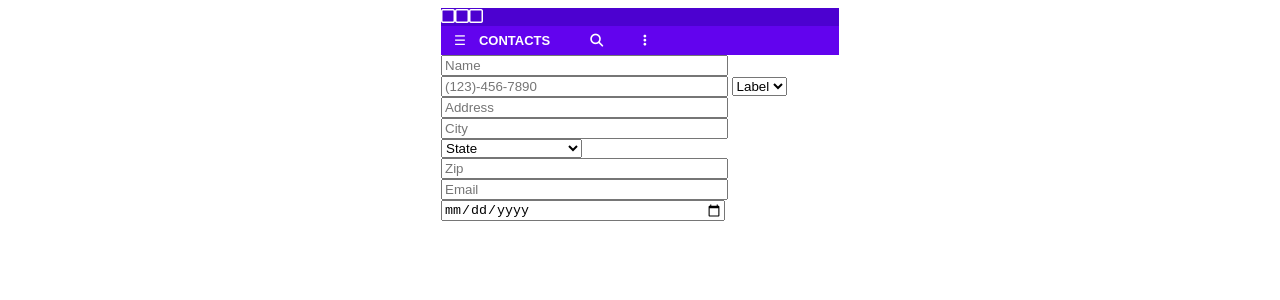
Repository: Sc-Juju/Mobile-Form
Page: index.html
An editor plug-in stored every save of this project. The page is shown before and after the next save, followed by the edit.
The browser window is 1280 px wide. The pictures show the whole page.
Some web libraries are served in a nearby version.

Above is the page before, as saved 2022-10-27 17:22:16.

### index.html
<!DOCTYPE html>
<html>
	<head>
		<meta charset="utf-8" />
		<meta http-equiv="X-UA-Compatible" content="IE=edge" />
		<title>Mobile Form</title>
		<meta name="description" content="" />
		<meta name="viewport" content="width=device-width, initial-scale=1" />
		<link rel="stylesheet" href="./style.css" />
		<script
			src="https://kit.fontawesome.com/020fb16134.js"
			crossorigin="anonymous"
		></script>
	</head>
	<body>
		<header>
			<div class="container">
				<ul class="navbar nav-top">
					<li class="nav-link">
						<i class="fa-regular fa-square"></i>
					</li>
					<li class="nav-link">
						<i class="fa-regular fa-square"></i>
					</li>
					<li class="nav-link">
						<i class="fa-regular fa-square"></i>
					</li>
				</ul>
			</div>
			<div class="nav">
				<ul class="navbar nav-bottom">
					<li class="nav-link">
						<button class="btn">&#9776;</button>
					</li>
					<li class="nav-link">
						<a href="#">Contacts</a>
					</li>
					<li class="nav-link">
						<a href="#">
							<i class="fa-solid fa-magnifying-glass"></i>
						</a>
					</li>
					<li class="nav-link">
						<a href="#">
							<i class="fa-solid fa-ellipsis-vertical"></i>
						</a>
					</li>
				</ul>
			</div>
		</header>
		<form action="">
			<label for="name"></label>
			<input type="text" id="name" name="name" placeholder="Name" /><br />
			<label for="phone"></label>
			<input
				type="tel"
				name="phone"
				id="phone"
				placeholder="(123)-456-7890"
			/>
			<label for="Label"></label>
			<select name="Label" id="Label">
				<option value="" disabled selected hidden>Label</option>
			</select>
			<br />
			<label for="address"></label>
			<input
				type="text"
				placeholder="Address"
				id="address"
				name="address"
			/>
			<br />
			<input type="text" id="city" name="city" placeholder="City" />
			<br />
			<select name="state" id="state">
				<option value="" disabled selected hidden>State</option>
				<option value="AL">Alabama</option>
				<option value="AK">Alaska</option>
				<option value="AZ">Arizona</option>
				<option value="AR">Arkansas</option>
				<option value="CA">California</option>
				<option value="CO">Colorado</option>
				<option value="CT">Connecticut</option>
				<option value="DE">Delaware</option>
				<option value="DC">District Of Columbia</option>
				<option value="FL">Florida</option>
				<option value="GA">Georgia</option>
				<option value="HI">Hawaii</option>
				<option value="ID">Idaho</option>
				<option value="IL">Illinois</option>
				<option value="IN">Indiana</option>
				<option value="IA">Iowa</option>
				<option value="KS">Kansas</option>
				<option value="KY">Kentucky</option>
				<option value="LA">Louisiana</option>
				<option value="ME">Maine</option>
				<option value="MD">Maryland</option>
				<option value="MA">Massachusetts</option>
				<option value="MI">Michigan</option>
				<option value="MN">Minnesota</option>
				<option value="MS">Mississippi</option>
				<option value="MO">Missouri</option>
				<option value="MT">Montana</option>
				<option value="NE">Nebraska</option>
				<option value="NV">Nevada</option>
				<option value="NH">New Hampshire</option>
				<option value="NJ">New Jersey</option>
				<option value="NM">New Mexico</option>
				<option value="NY">New York</option>
				<option value="NC">North Carolina</option>
				<option value="ND">North Dakota</option>
				<option value="OH">Ohio</option>
				<option value="OK">Oklahoma</option>
				<option value="OR">Oregon</option>
				<option value="PA">Pennsylvania</option>
				<option value="RI">Rhode Island</option>
				<option value="SC">South Carolina</option>
				<option value="SD">South Dakota</option>
				<option value="TN">Tennessee</option>
				<option value="TX">Texas</option>
				<option value="UT">Utah</option>
				<option value="VT">Vermont</option>
				<option value="VA">Virginia</option>
				<option value="WA">Washington</option>
				<option value="WV">West Virginia</option>
				<option value="WI">Wisconsin</option>
				<option value="WY">Wyoming</option>
			</select>
			<input
				type="number"
				id="zipcode"
				name="zipcode"
				placeholder="Zip"
			/>
			<br />
			<label for="email"></label>
			<input type="email" name="email" id="email" placeholder="Email" />
			<br />
			<label for="birthday"></label>
			<input type="date" name="birthday" id="birthday" />
		</form>
	</body>
</html>

### style.css
:root{
    --white:#fff;
    --black: #000;
    --header-top:rgba(76,1,208,255);
    --header-bottom:rgba(98,3,238,255);
    --content-box:rgba(232,232,231,255);
    max-width: 414px;
    margin: auto;
}
.btn{
    display: inline-block;
    font-weight: 400;
    color:var(--white);
    text-align: center;
    cursor: pointer;
    user-select: none;
    background-color: transparent;
    border: 1px solid transparent;
    padding: .375rem .75rem;
    transition: ease-in-out .3s;
}
.container{
    margin-left: auto;
    background-color:var(--header-top);
}
ul{
    padding:0;
    margin:0;
    list-style: none;
}

.navbar{
    display: flex;
    align-items: center;
}
.nav-top{
    background-color: var(--header-top);
    color: var(--white);
}
.nav-bottom{
    background-color: var(--header-bottom);
}
.nav-link a{
    color: var(--white);
    font-size: .8125rem;
    font-weight: 600;
    font-family: "Hind", sans-serif;
    text-transform: uppercase;
    margin-right: 2.5rem;
    line-height: 1.25rem;
}
a {text-decoration: none;}
.nav-icon{
    height:30px;
}
input{
    width:70%;
}

After the next save:
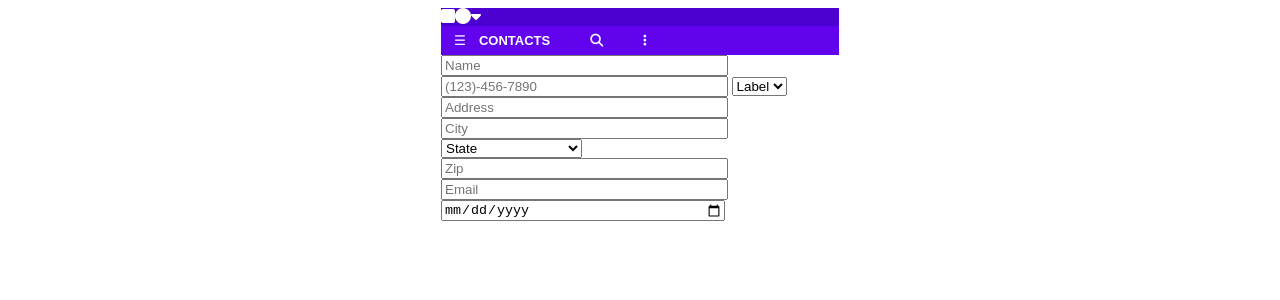
Saved 2 min 3 s later.
--- a/index.html
+++ b/index.html
@@ -17,13 +17,13 @@
 			<div class="container">
 				<ul class="navbar nav-top">
 					<li class="nav-link">
-						<i class="fa-regular fa-square"></i>
+						<i class="fa-solid fa-square"></i>
 					</li>
 					<li class="nav-link">
-						<i class="fa-regular fa-square"></i>
+						<i class="fa-solid fa-circle"></i>
 					</li>
 					<li class="nav-link">
-						<i class="fa-regular fa-square"></i>
+						<i class="fa-solid fa-caret-down"></i>
 					</li>
 				</ul>
 			</div>
